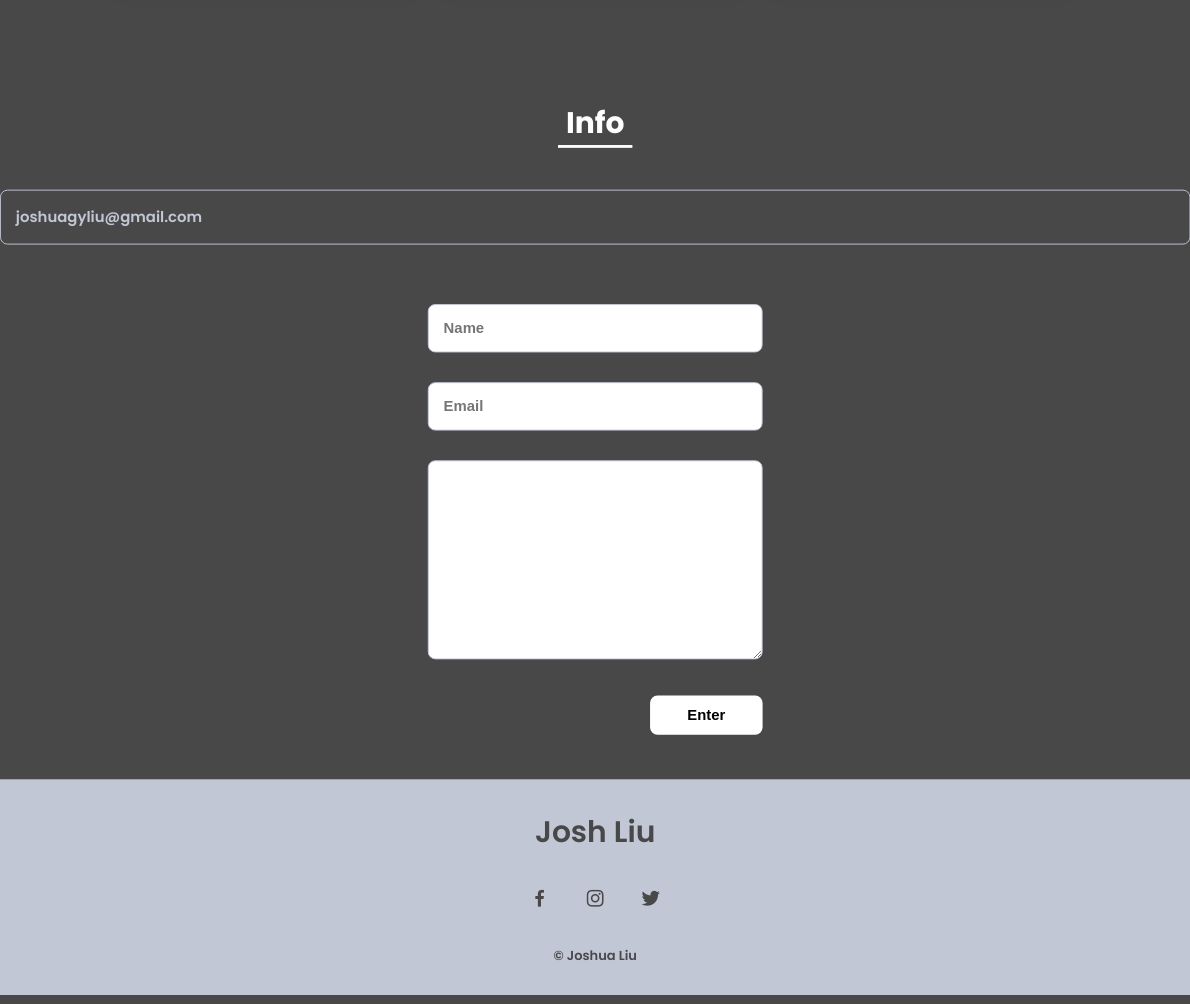
Repository: joshliu14/joshliu14.github.io
Page: index.html
The author's editor kept a copy of each file at every save. The page is drawn from the files as they stood at one save, then again after the next save.
The browser window is 1280 px wide. The pictures show the part of the page from y = 2529 to 3611 px (the page is 3609 px tall before and 3611 px after), at 93% of full size.
A picture or video elsewhere on the page could not be fetched, so the positions and the page height are approximate.

Above is the page before, as saved 2024-01-31 23:24:43.

### index.html
<!DOCTYPE html>
<html lang="en">
  <head>
    <meta charset="UTF-8" />
    <meta name="viewport" content="width=device-width, initial-scale=1.0" />

    <link rel="stylesheet" href="assets/css/web.css" />

    <!-- =====BOX ICONS===== -->
    <link
      href="https://cdn.jsdelivr.net/npm/boxicons@2.0.5/css/boxicons.min.css"
      rel="stylesheet"
    />

    <title>Portfolio website complete</title>
  </head>
  <body>
    <!--===== HEADER =====-->
    <header class="l-header">
      <nav class="nav bd-grid">
        <div>
          <a href="#" class="nav__logo">Joshua Liu</a>
        </div>

        <div class="nav__menu" id="nav-menu">
          <ul class="nav__list">
            <li class="nav__item">
              <a href="#home" class="nav__link active-link">Home</a>
            </li>
            <li class="nav__item">
              <a href="#about" class="nav__link">About</a>
            </li>
            <li class="nav__item">
              <a href="#skills" class="nav__link">Skills</a>
            </li>
            <li class="nav__item">
              <a href="#work" class="nav__link">Experience</a>
            </li>
            <li class="nav__item">
              <a href="#contact" class="nav__link">Info</a>
            </li>
          </ul>
        </div>

        <div class="nav__toggle" id="nav-toggle">
          <i class="bx bx-menu"></i>
        </div>
      </nav>
    </header>

    <main class="l-main">
      <!--===== HOME =====-->
      <section class="home bd-grid" id="home">
        <div class="home__data">
          <h1 class="home__title">
            Hi,<br />I'm <span class="home__title-color">Josh</span><br />
          </h1>

          <a href="resume.pdf" class="button">Resume</a>
        </div>

        <div class="home__social">
          <a
            href="https://www.linkedin.com/in/joshua-liu-727847208/"
            class="home__social-icon"
            ><i class="bx bxl-linkedin"></i
          ></a>
          <a href="" class="home__social-icon"
            ><i class="bx bxl-behance"></i
          ></a>
          <a href="https://github.com/joshliu14" class="home__social-icon"
            ><i class="bx bxl-github"></i
          ></a>
        </div>

        <div class="home__img">
          <svg
            class="home__blob"
            viewBox="0 0 479 467"
            xmlns="http://www.w3.org/2000/svg"
            xmlns:xlink="http://www.w3.org/1999/xlink"
          >
            <mask id="mask0" mask-type="alpha">
              <path
                d="M9.19024 145.964C34.0253 76.5814 114.865 54.7299 184.111 29.4823C245.804 6.98884 311.86 -14.9503 370.735 14.143C431.207 44.026 467.948 107.508 477.191 174.311C485.897 237.229 454.931 294.377 416.506 344.954C373.74 401.245 326.068 462.801 255.442 466.189C179.416 469.835 111.552 422.137 65.1576 361.805C17.4835 299.81 -17.1617 219.583 9.19024 145.964Z"
              />
            </mask>
            <g mask="url(#mask0)">
              <path
                d="M9.19024 145.964C34.0253 76.5814 114.865 54.7299 184.111 29.4823C245.804 6.98884 311.86 -14.9503 370.735 14.143C431.207 44.026 467.948 107.508 477.191 174.311C485.897 237.229 454.931 294.377 416.506 344.954C373.74 401.245 326.068 462.801 255.442 466.189C179.416 469.835 111.552 422.137 65.1576 361.805C17.4835 299.81 -17.1617 219.583 9.19024 145.964Z"
              />
              <defs>
                <clipPath id="circleClip">
                  <circle cx="230" cy="240" r="180" />
                </clipPath>
              </defs>
              <image
                class="home__blob-img"
                x="50"
                y="60"
                href="assets/img/profile.jpeg"
                clip-path="url(#circleClip)"
              />
            </g>
          </svg>
        </div>
      </section>

      <!--===== ABOUT =====-->
      <section class="about section" id="about">
        <h2 class="section-title">About</h2>

        <div class="about__container bd-grid">
          <div class="about__img">
            <img src="assets/img/about.jpg" alt="" />
          </div>

          <div>
            <h2 class="about__subtitle">I'am Marlon</h2>
            <p class="about__text">
              Lorem, ipsum dolor sit amet consectetur adipisicing elit.
              Voluptate cum expedita quo culpa tempora, assumenda, quis fugiat
              ut voluptates soluta, aut earum nemo recusandae cumque
              perferendis! Recusandae alias accusamus atque.
            </p>
          </div>
        </div>
      </section>

      <!--===== SKILLS =====-->
      <section class="skills section" id="skills">
        <h2 class="section-title">Skills</h2>

        <div class="skills__container bd-grid">
          <div>
            <h2 class="skills__subtitle">Profesional Skills</h2>
            <p class="skills__text">
              Lorem ipsum dolor sit, amet consectetur adipisicing elit. Velit
              optio id vero amet, alias architecto consectetur error eum eaque
              sit.
            </p>
            <div class="skills__data">
              <div class="skills__names">
                <i class="bx bxl-html5 skills__icon"></i>
                <span class="skills__name">HTML5</span>
              </div>
              <div class="skills__bar skills__html"></div>
              <div>
                <span class="skills__percentage">95%</span>
              </div>
            </div>
            <div class="skills__data">
              <div class="skills__names">
                <i class="bx bxl-css3 skills__icon"></i>
                <span class="skills__name">CSS3</span>
              </div>
              <div class="skills__bar skills__css"></div>
              <div>
                <span class="skills__percentage">85%</span>
              </div>
            </div>
            <div class="skills__data">
              <div class="skills__names">
                <i class="bx bxl-javascript skills__icon"></i>
                <span class="skills__name">JAVASCRIPT</span>
              </div>
              <div class="skills__bar skills__js"></div>
              <div>
                <span class="skills__percentage">65%</span>
              </div>
            </div>
            <div class="skills__data">
              <div class="skills__names">
                <i class="bx bxs-paint skills__icon"></i>
                <span class="skills__name">UX/UI</span>
              </div>
              <div class="skills__bar skills__ux"></div>
              <div>
                <span class="skills__percentage">85%</span>
              </div>
            </div>
          </div>

          <div>
            <img src="assets/img/work3.jpg" alt="" class="skills__img" />
          </div>
        </div>
      </section>

      <!--===== WORK =====-->
      <section class="work section" id="work">
        <h2 class="section-title">Work</h2>

        <div class="work__container bd-grid">
          <a href="" class="work__img">
            <img src="assets/img/work1.jpg" alt="" />
          </a>
          <a href="" class="work__img">
            <img src="assets/img/work2.jpg" alt="" />
          </a>
          <a href="" class="work__img">
            <img src="assets/img/work3.jpg" alt="" />
          </a>
          <a href="" class="work__img">
            <img src="assets/img/work4.jpg" alt="" />
          </a>
          <a href="" class="work__img">
            <img src="assets/img/work5.jpg" alt="" />
          </a>
          <a href="" class="work__img">
            <img src="assets/img/work6.jpg" alt="" />
          </a>
        </div>
      </section>

      <!--===== CONTACT =====-->
      <section class="contact section" id="contact">
        <h2 class="section-title">Info</h2>
        <h1 class="contact__input">joshuagyliu@gmail.com</h1>
        <div class="contact__container bd-grid">
          <form action="" class="contact__form">
            <input type="text" placeholder="Name" class="contact__input" />
            <input type="mail" placeholder="Email" class="contact__input" />
            <textarea
              name=""
              id=""
              cols="0"
              rows="10"
              class="contact__input"
            ></textarea>
            <input type="button" value="Enter" class="contact__button button" />
          </form>
        </div>
      </section>
    </main>

    <!--===== FOOTER =====-->
    <footer class="footer">
      <p class="footer__title">Josh Liu</p>
      <div class="footer__social">
        <a href="#" class="footer__icon"><i class="bx bxl-facebook"></i></a>
        <a href="#" class="footer__icon"><i class="bx bxl-instagram"></i></a>
        <a href="#" class="footer__icon"><i class="bx bxl-twitter"></i></a>
      </div>
      <p class="footer__copy">&#169; Joshua Liu</p>
    </footer>

    <!--===== SCROLL REVEAL =====-->
    <script src="https://unpkg.com/scrollreveal"></script>

    <!--===== MAIN JS =====-->
    <script src="assets/js/main.js"></script>
  </body>
</html>

### assets/css/web.css
/*===== GOOGLE FONTS =====*/
@import url("https://fonts.googleapis.com/css2?family=Poppins:wght@400;600;700&display=swap");
/*===== VARIABLES CSS =====*/
:root {
  --header-height: 3rem;
  --font-semi: 600;
  /*===== Colores =====*/
  /*Purple 260 - Red 355 - Blue 224 - Pink 340*/
  /* HSL color mode */
  --hue-color: 224;
  --first-color: hsl(var(--hue-color), 0%, 100%);
  --second-color: hsl(var(--hue-color), 20%, 80%);
  /*===== Fuente y tipografia =====*/
  --body-font: "Poppins", sans-serif;
  --big-font-size: 2rem;
  --h2-font-size: 1.25rem;
  --normal-font-size: 0.938rem;
  --smaller-font-size: 0.75rem;
  /*===== Margenes =====*/
  --mb-2: 1rem;
  --mb-4: 2rem;
  --mb-5: 2.5rem;
  --mb-6: 3rem;
  /*===== z index =====*/
  --z-back: -10;
  --z-fixed: 100;
}
@media screen and (min-width: 968px) {
  :root {
    --big-font-size: 3.5rem;
    --h2-font-size: 2rem;
    --normal-font-size: 1rem;
    --smaller-font-size: 0.875rem;
  }
}

/*===== BASE =====*/
*,
::before,
::after {
  box-sizing: border-box;
}

html {
  scroll-behavior: smooth;
}

body {
  margin: var(--header-height) 0 0 0;
  font-family: var(--body-font);
  font-size: var(--normal-font-size);
  color: var(--second-color);
  background-color: #484848;
}

h1,
h2,
p {
  margin: 0;
}

ul {
  margin: 0;
  padding: 0;
  list-style: none;
}

a {
  text-decoration: none;
}

img {
  max-width: 100%;
  height: auto;
  display: block;
}

/*===== CLASS CSS ===== */
.section-title {
  position: relative;
  font-size: var(--h2-font-size);
  color: var(--first-color);
  margin-top: var(--mb-2);
  margin-bottom: var(--mb-4);
  text-align: center;
}
.section-title::after {
  position: absolute;
  content: "";
  width: 64px;
  height: 0.18rem;
  left: 0;
  right: 0;
  margin: auto;
  top: 2rem;
  background-color: var(--first-color);
}

.section {
  padding-top: 3rem;
  padding-bottom: 2rem;
}

/*===== LAYOUT =====*/
.bd-grid {
  max-width: 1024px;
  display: grid;
  margin-left: var(--mb-2);
  margin-right: var(--mb-2);
}

.l-header {
  width: 100%;
  position: fixed;
  top: 0;
  left: 0;
  z-index: var(--z-fixed);
  background-color: #484848;
  box-shadow: 0 1px 4px rgba(146, 161, 176, 0.15);
}

/*===== NAV =====*/
.nav {
  height: var(--header-height);
  display: flex;
  justify-content: space-between;
  align-items: center;
  font-weight: var(--font-semi);
}
@media screen and (max-width: 767px) {
  .nav__menu {
    position: fixed;
    top: var(--header-height);
    right: -100%;
    width: 80%;
    height: 100%;
    padding: 2rem;
    background-color: var(--second-color);
    transition: 0.5s;
  }
}
.nav__item {
  margin-bottom: var(--mb-4);
}
.nav__link {
  position: relative;
  color: #fff;
}
.nav__link:hover {
  position: relative;
}
.nav__link:hover::after {
  position: absolute;
  content: "";
  width: 100%;
  height: 0.18rem;
  left: 0;
  top: 2rem;
  background-color: var(--first-color);
}
.nav__logo {
  color: var(--second-color);
}
.nav__toggle {
  color: var(--second-color);
  font-size: 1.5rem;
  cursor: pointer;
}

/*Active menu*/
.active-link::after {
  position: absolute;
  content: "";
  width: 100%;
  height: 0.18rem;
  left: 0;
  top: 2rem;
  background-color: var(--first-color);
}

/*=== Show menu ===*/
.show {
  right: 0;
}

/*===== HOME =====*/
.home {
  position: relative;
  row-gap: 5rem;
  padding: 4rem 0 5rem;
}
.home__data {
  align-self: center;
}
.home__title {
  font-size: var(--big-font-size);
  margin-bottom: var(--mb-5);
}
.home__title-color {
  color: var(--first-color);
}
.home__social {
  display: flex;
  flex-direction: column;
}
.home__social-icon {
  width: max-content;
  margin-bottom: var(--mb-2);
  font-size: 1.5rem;
  color: var(--second-color);
}
.home__social-icon:hover {
  color: var(--first-color);
}
.home__img {
  position: absolute;
  right: 0;
  bottom: 0;
  width: 260px;
}
.home__blob {
  fill: var(--first-color);
}
.home__blob-img {
  width: 360px;
  border-radius: 50%;
}

/*BUTTONS*/
.button {
  display: inline-block;
  background-color: var(--first-color);
  color: #000000;
  padding: 0.75rem 2.5rem;
  font-weight: var(--font-semi);
  border-radius: 0.5rem;
  transition: 0.3s;
}
.button:hover {
  box-shadow: 0px 10px 36px rgba(0, 0, 0, 0.15);
}

/* ===== ABOUT =====*/
.about__container {
  row-gap: 2rem;
  text-align: center;
}
.about__subtitle {
  margin-bottom: var(--mb-2);
}
.about__img {
  justify-self: center;
}
.about__img img {
  width: 200px;
  border-radius: 0.5rem;
}

/* ===== SKILLS =====*/
.skills__container {
  row-gap: 2rem;
  text-align: center;
}
.skills__subtitle {
  margin-bottom: var(--mb-2);
}
.skills__text {
  margin-bottom: var(--mb-4);
}
.skills__data {
  display: flex;
  justify-content: space-between;
  align-items: center;
  position: relative;
  font-weight: var(--font-semi);
  padding: 0.5rem 1rem;
  margin-bottom: var(--mb-4);
  border-radius: 0.5rem;
  box-shadow: 0px 4px 25px rgba(14, 36, 49, 0.15);
}
.skills__icon {
  font-size: 2rem;
  margin-right: var(--mb-2);
  color: var(--first-color);
}
.skills__names {
  display: flex;
  align-items: center;
}
.skills__bar {
  position: absolute;
  left: 0;
  bottom: 0;
  background-color: var(--first-color);
  height: 0.25rem;
  border-radius: 0.5rem;
  z-index: var(--z-back);
}
.skills__html {
  width: 95%;
}
.skills__css {
  width: 85%;
}
.skills__js {
  width: 65%;
}
.skills__ux {
  width: 85%;
}
.skills__img {
  border-radius: 0.5rem;
}

/* ===== WORK =====*/
.work__container {
  row-gap: 2rem;
}
.work__img {
  box-shadow: 0px 4px 25px rgba(14, 36, 49, 0.15);
  border-radius: 0.5rem;
  overflow: hidden;
}
.work__img img {
  transition: 1s;
}
.work__img img:hover {
  transform: scale(1.1);
}

/* ===== CONTACT =====*/
.contact__input {
  width: 100%;
  font-size: var(--normal-font-size);
  font-weight: var(--font-semi);
  padding: 1rem;
  border-radius: 0.5rem;
  border: 1.5px solid var(--second-color);
  outline: none;
  margin-bottom: var(--mb-4);
}
.contact__button {
  display: block;
  border: none;
  outline: none;
  font-size: var(--normal-font-size);
  cursor: pointer;
  margin-left: auto;
}

/* ===== FOOTER =====*/
.footer {
  background-color: var(--second-color);
  color: #484848;
  text-align: center;
  font-weight: var(--font-semi);
  padding: 2rem 0;
}
.footer__title {
  font-size: 2rem;
  margin-bottom: var(--mb-4);
}
.footer__social {
  margin-bottom: var(--mb-4);
}
.footer__icon {
  font-size: 1.5rem;
  color: #484848;
  margin: 0 var(--mb-2);
}
.footer__copy {
  font-size: var(--smaller-font-size);
}

/* ===== MEDIA QUERIES=====*/
@media screen and (max-width: 320px) {
  .home {
    row-gap: 2rem;
  }
  .home__img {
    width: 200px;
  }
}
@media screen and (min-width: 576px) {
  .home {
    padding: 4rem 0 2rem;
  }
  .home__social {
    padding-top: 0;
    padding-bottom: 2.5rem;
    flex-direction: row;
    align-self: flex-end;
  }
  .home__social-icon {
    margin-bottom: 0;
    margin-right: var(--mb-4);
  }
  .home__img {
    width: 300px;
    bottom: 25%;
  }
  .about__container {
    grid-template-columns: repeat(2, 1fr);
    align-items: center;
    text-align: initial;
  }
  .skills__container {
    grid-template-columns: 0.7fr;
    justify-content: center;
    column-gap: 1rem;
  }
  .work__container {
    grid-template-columns: repeat(2, 1fr);
    column-gap: 2rem;
    padding-top: 2rem;
  }
  .contact__form {
    width: 360px;
    padding-top: 2rem;
  }
  .contact__container {
    justify-items: center;
  }
}
@media screen and (min-width: 768px) {
  body {
    margin: 0;
  }
  .section {
    padding-top: 4rem;
    padding-bottom: 3rem;
  }
  .section-title {
    margin-bottom: var(--mb-6);
  }
  .section-title::after {
    width: 80px;
    top: 3rem;
  }
  .nav {
    height: calc(var(--header-height) + 1.5rem);
  }
  .nav__list {
    display: flex;
    padding-top: 0;
  }
  .nav__item {
    margin-left: var(--mb-6);
    margin-bottom: 0;
  }
  .nav__toggle {
    display: none;
  }
  .nav__link {
    color: var(--second-color);
  }
  .home {
    padding: 8rem 0 2rem;
  }
  .home__img {
    width: 400px;
    bottom: 10%;
  }
  .about__container {
    padding-top: 2rem;
  }
  .about__img img {
    width: 300px;
  }
  .skills__container {
    grid-template-columns: repeat(2, 1fr);
    column-gap: 2rem;
    align-items: center;
    text-align: initial;
  }
  .work__container {
    grid-template-columns: repeat(3, 1fr);
    column-gap: 2rem;
  }
}
@media screen and (min-width: 992px) {
  .bd-grid {
    margin-left: auto;
    margin-right: auto;
  }
  .home {
    padding: 10rem 0 2rem;
  }
  .home__img {
    width: 450px;
  }
}

### assets/js/main.js
/*===== MENU SHOW =====*/
const showMenu = (toggleId, navId) => {
  const toggle = document.getElementById(toggleId),
    nav = document.getElementById(navId);

  if (toggle && nav) {
    toggle.addEventListener("click", () => {
      nav.classList.toggle("show");
    });
  }
};
showMenu("nav-toggle", "nav-menu");

/*==================== REMOVE MENU MOBILE ====================*/
const navLink = document.querySelectorAll(".nav__link");

function linkAction() {
  const navMenu = document.getElementById("nav-menu");
  // When we click on each nav__link, we remove the show-menu class
  navMenu.classList.remove("show");
}
navLink.forEach((n) => n.addEventListener("click", linkAction));

/*==================== SCROLL SECTIONS ACTIVE LINK ====================*/
const sections = document.querySelectorAll("section[id]");

const scrollActive = () => {
  const scrollDown = window.scrollY;

  sections.forEach((current) => {
    const sectionHeight = current.offsetHeight,
      sectionTop = current.offsetTop - 58,
      sectionId = current.getAttribute("id"),
      sectionsClass = document.querySelector(
        ".nav__menu a[href*=" + sectionId + "]"
      );

    if (scrollDown > sectionTop && scrollDown <= sectionTop + sectionHeight) {
      sectionsClass.classList.add("active-link");
    } else {
      sectionsClass.classList.remove("active-link");
    }
  });
};
window.addEventListener("scroll", scrollActive);

/*===== SCROLL REVEAL ANIMATION =====*/
const sr = ScrollReveal({
  origin: "top",
  distance: "60px",
  duration: 2000,
  delay: 200,
  //     reset: true
});

sr.reveal(".home__data, .about__img, .skills__subtitle, .skills__text", {});
sr.reveal(".home__img, .about__subtitle, .about__text, .skills__img", {
  delay: 400,
});
sr.reveal(".home__social-icon", { interval: 200 });
sr.reveal(".skills__data, .work__img, .contact__input", { interval: 200 });

After the next save:
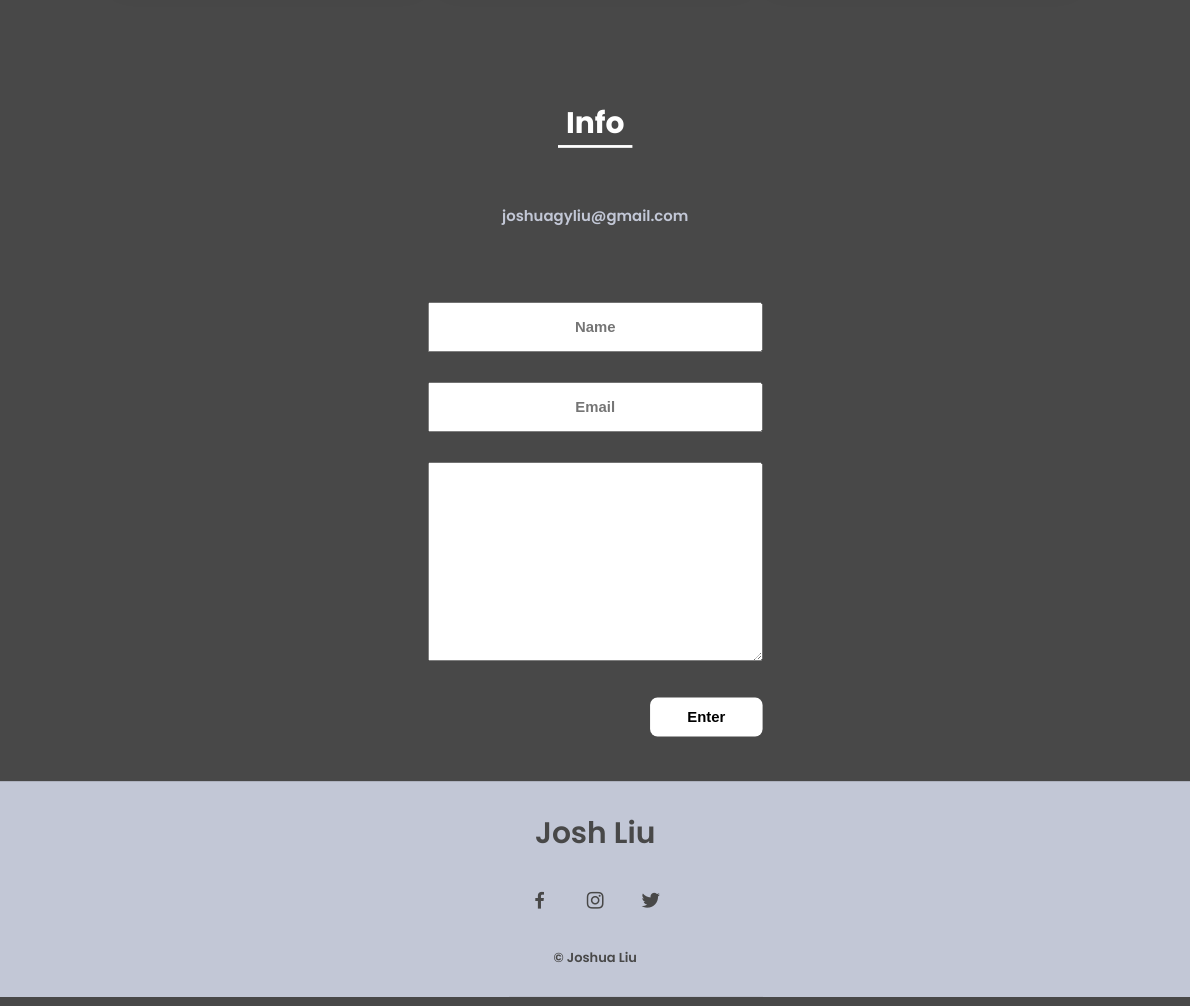
Saved 94 s later.
--- a/assets/css/web.css
+++ b/assets/css/web.css
@@ -331,11 +331,10 @@ img {
 /* ===== CONTACT =====*/
 .contact__input {
   width: 100%;
+  text-align: center;
   font-size: var(--normal-font-size);
   font-weight: var(--font-semi);
   padding: 1rem;
-  border-radius: 0.5rem;
-  border: 1.5px solid var(--second-color);
   outline: none;
   margin-bottom: var(--mb-4);
 }
